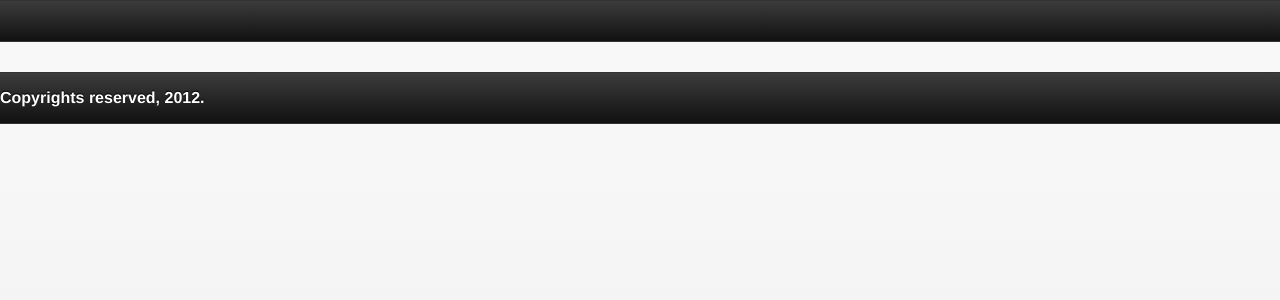
Repository: ravinforu/HTML5_CSS3_JS_Frameworks_Jul_2012-1
Page: Day03/WebContent/lab07.html
The author's editor kept a copy of each file at every save. The page is drawn from the files as they stood at one save, then again after the next save.
The browser window is 1280 px wide. The pictures show the whole page.

Above is the page before, as saved 2012-07-27 04:43:07.

After the next save:
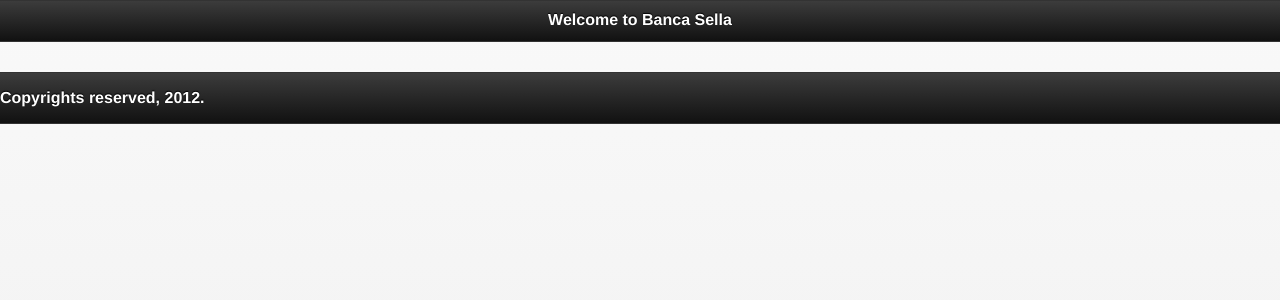
Saved 17 s later.
--- a/Day03/WebContent/lab07.html
+++ b/Day03/WebContent/lab07.html
@@ -8,9 +8,11 @@
 <body>
 	<div data-role="page" id="loginScreen">
 		<div data-role="header">
-			<h1></h1>
+			<h1>Welcome to Banca Sella</h1>
 		</div>
-		<div data-role="content"></div>
+		<div data-role="content">
+
+		</div>
 		<div data-role="footer">
 			<p>Copyrights reserved, 2012.</p>
 		</div>
